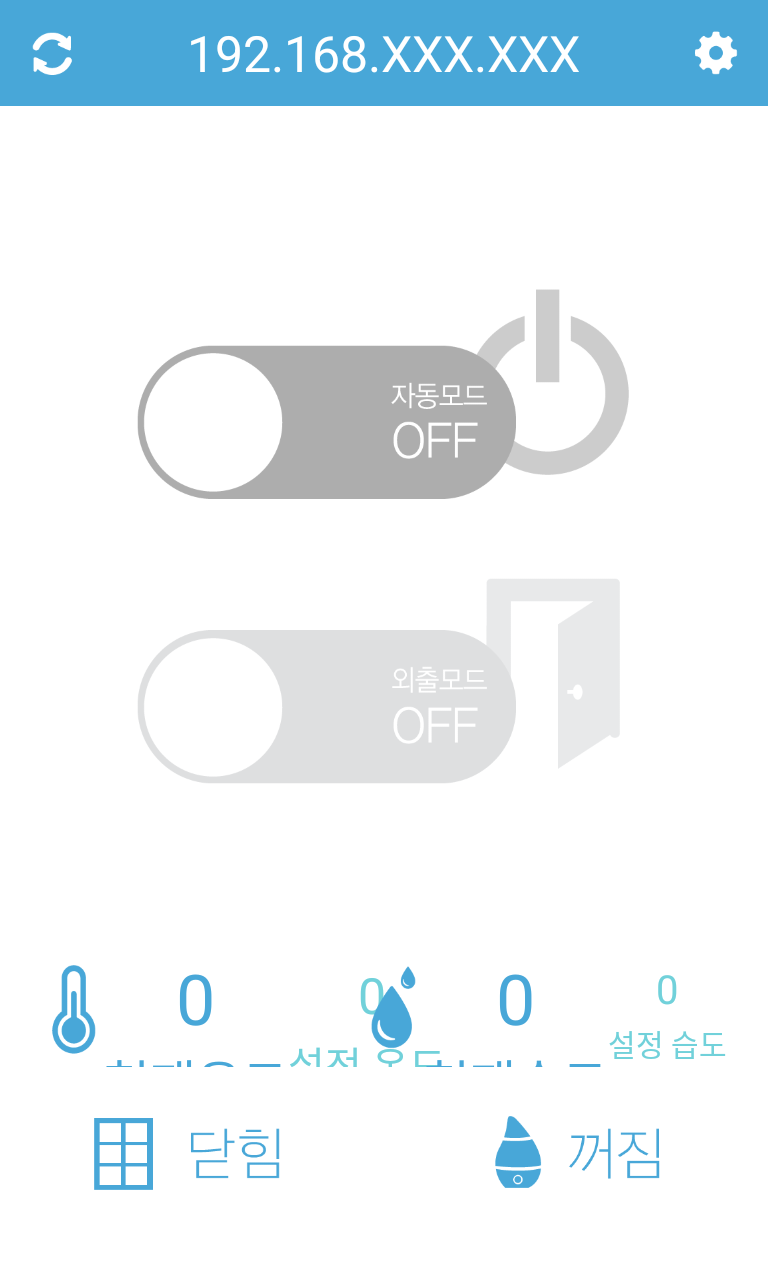
Repository: YeoeunJeong/SinNaYeo
Layout: sny_android/SinNaYeoAndroid/res/layout/activity_sin_na_yeo_main.xml
These files come from the project's save history. The layout is drawn as it stood at one moment and after the next save; the edit follows.
It is drawn on a 768 x 1280 px phone screen (xhdpi) without system bars, with theme android:Theme.Holo.Light.NoActionBar; the app's code is not run.

Above is the layout before, as saved 2015-09-24 20:15:54.

After the next save:
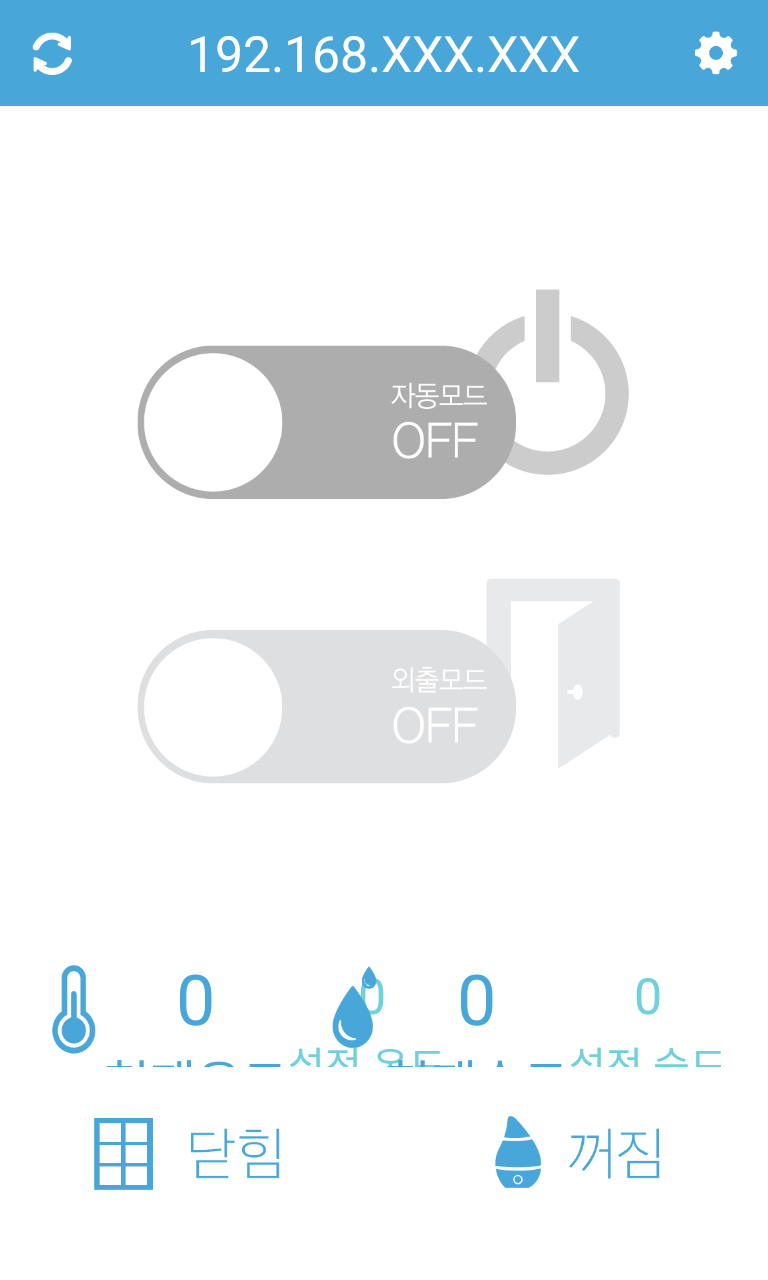
Saved 10 s later.
--- a/sny_android/SinNaYeoAndroid/res/layout/activity_sin_na_yeo_main.xml
+++ b/sny_android/SinNaYeoAndroid/res/layout/activity_sin_na_yeo_main.xml
@@ -216,7 +216,7 @@
                     android:layout_marginTop="5dp"
                     android:text="0"
                     android:textColor="#71D1DA"
-                    android:textSize="20sp" />
+                    android:textSize="25sp" />
 
                 <TextView
                     android:layout_width="wrap_content"
@@ -225,7 +225,7 @@
                     android:layout_marginTop="3dp"
                     android:text="설정 습도"
                     android:textColor="#71D1DA"
-                    android:textSize="15sp" >
+                    android:textSize="20sp" >
                 </TextView>
             </LinearLayout>
         </LinearLayout>
